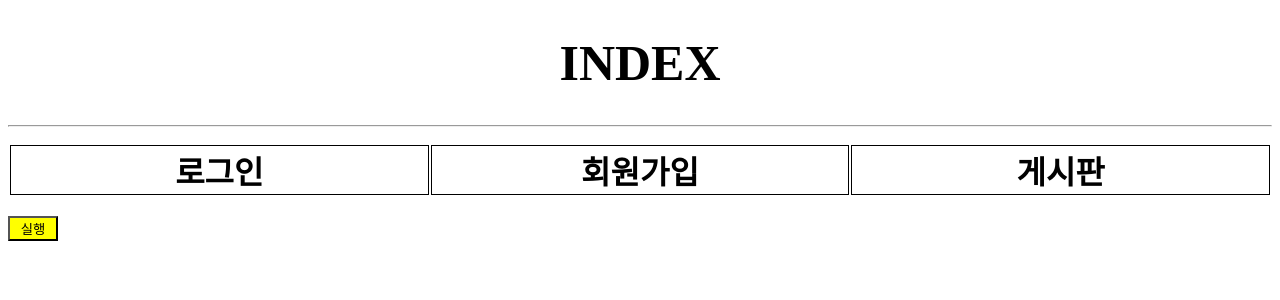
Repository: jeonghyunseok/GMSUI
Page: GMSUI/WebContent/index.html
An editor plug-in stored every save of this project. The page is shown before and after the next save, followed by the edit.
The browser window is 1280 px wide. The pictures show the whole page.

Above is the page before, as saved 2017-07-19 06:06:07.

### GMSUI/WebContent/index.html
<!DOCTYPE html>
<html>
<head>
<meta charset="UTF-8">
<title>Hello HTML</title>
</head>
<body>
<h1 style="font-size:50px; text-align:center;">INDEX<h1>
	<hr />
	<table style="width: 100%; boarder-collapse: collapse;">
		<tr>
			<td style="border: 1px solid black;width:30%; text-align:center;">로그인</td>
			<td style="border: 1px solid black;width:30%; text-align:center;">회원가입</td>
			<td style="border: 1px solid black;width:30%; text-align:center;">게시판</td>
		</tr>
		<tr>
			<td></td>
			<td></td>
			<td></td>
		</tr>
		<tr>
			<td></td>
			<td></td>
			<td></td>
		</tr>
	</table>
	<button style="background-color:yellow;width: 50px" onclick="window.location.href='member/login.html'">실행</button>
</body>
</html>

After the next save:
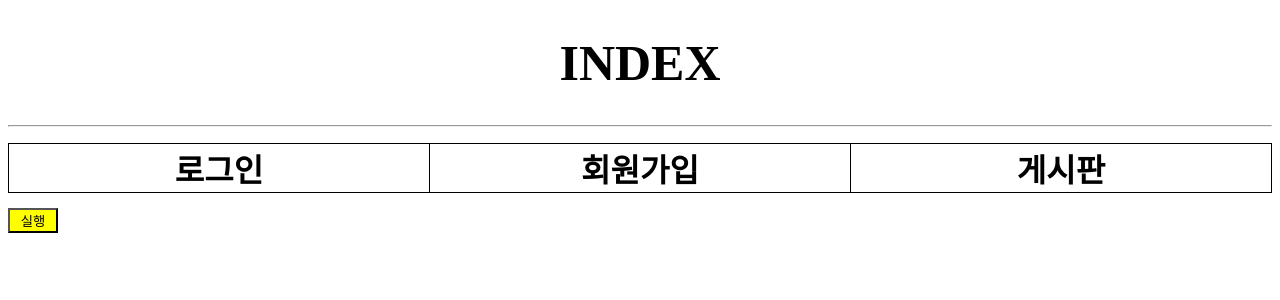
Saved 27 s later.
--- a/GMSUI/WebContent/index.html
+++ b/GMSUI/WebContent/index.html
@@ -7,7 +7,7 @@
 <body>
 <h1 style="font-size:50px; text-align:center;">INDEX<h1>
 	<hr />
-	<table style="width: 100%; boarder-collapse: collapse;">
+	<table style="width: 100%; border-collapse: collapse;">
 		<tr>
 			<td style="border: 1px solid black;width:30%; text-align:center;">로그인</td>
 			<td style="border: 1px solid black;width:30%; text-align:center;">회원가입</td>
